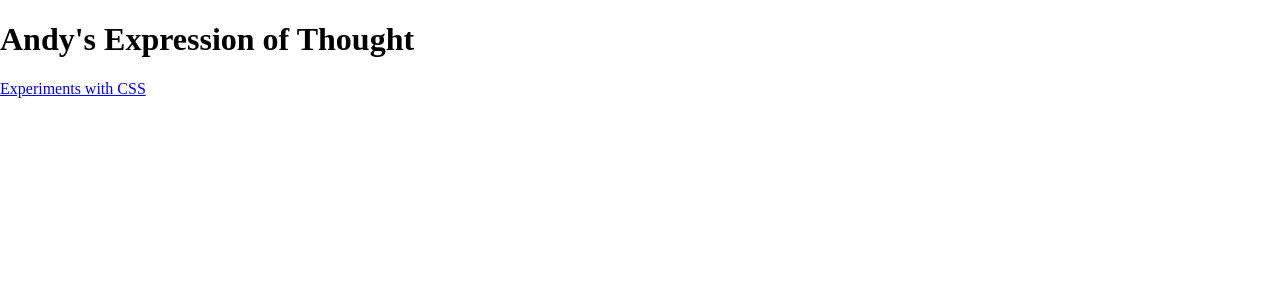
Repository: jasonagus/jasonagus.github.io
Page: index.html
The author's editor kept a record of every edit. The page is drawn from the files as they stood at one moment, then again after the next edit.
The browser window is 1280 px wide. The pictures show the whole page.

Above is the page before.

After the next edit:
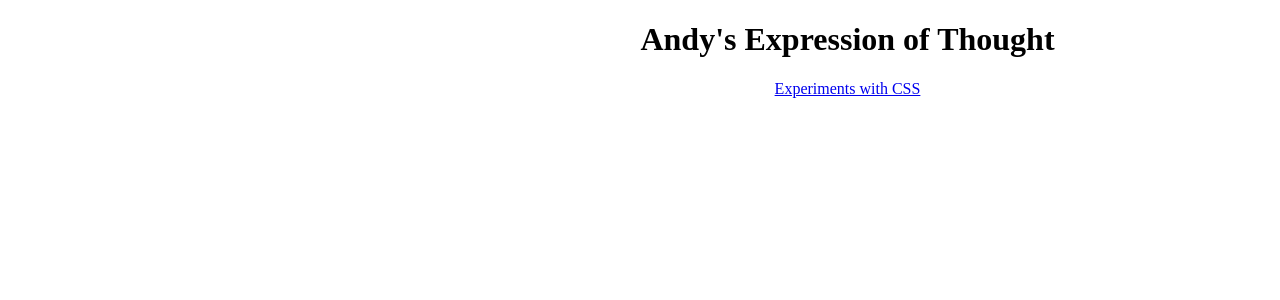
The edit:
--- a/index.html
+++ b/index.html
@@ -6,7 +6,7 @@
 </head>
 
 <body>
-<div class="content"></div>
+<div class="content">
 <h1>Andy's Expression of Thought</h1>
 <a href ="cssexperiments/composition1">Experiments with CSS</a>
 </div>
